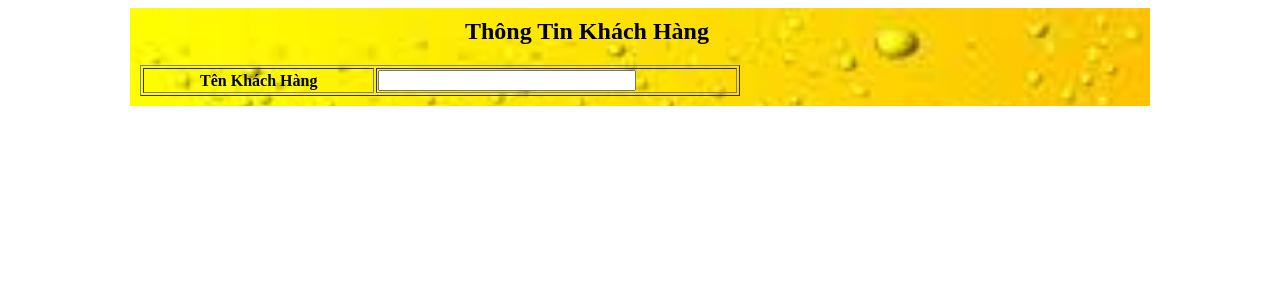
Repository: Tan-Khang21/TH_TKW--Buoi_04
Page: Bai_Tap_Tren_Lop/Bai_02/Frame6.html
An editor plug-in stored every save of this project. The page is shown before and after the next save, followed by the edit.
The browser window is 1280 px wide. The pictures show the whole page.

Above is the page before, as saved 2024-03-06 12:39:57.

### Bai_Tap_Tren_Lop/Bai_02/Frame6.html
<!DOCTYPE html>
<html lang="en">
  <head>
    <meta charset="UTF-8" />
    <meta name="viewport" content="width=device-width, initial-scale=1.0" />
    <title>Document</title>
  </head>
  <body>
    <div
      style="
        background-image: url(../Bai_02/images/hinh.jpg);
        width: 1000px;
        margin: 0 auto;
        background-repeat: no-repeat;
        background-size: 100%;
        padding: 10px;
      "
    >
      <h2 style="width: 35%; margin: 0 auto">Thông Tin Khách Hàng</h2>
    <table border="1px" style="Width: 600px; margin-top: 20px;">
        <tr>
            <th>Tên Khách Hàng</th>
            <td  colspan="2"><input type="text" style="width: 70%;"></td>
        </tr>
    </table>
    </div>
  </body>
</html>

After the next save:
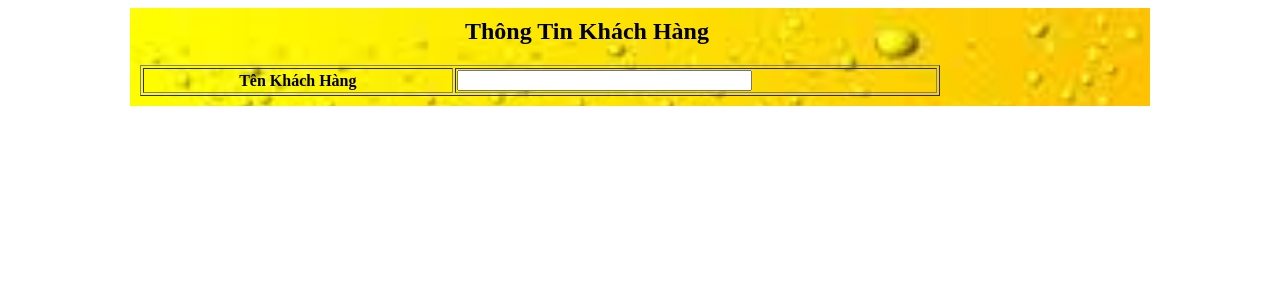
Saved 15 s later.
--- a/Bai_Tap_Tren_Lop/Bai_02/Frame6.html
+++ b/Bai_Tap_Tren_Lop/Bai_02/Frame6.html
@@ -17,10 +17,10 @@
       "
     >
       <h2 style="width: 35%; margin: 0 auto">Thông Tin Khách Hàng</h2>
-    <table border="1px" style="Width: 600px; margin-top: 20px;">
+    <table border="1px" style="Width: 800px; margin-top: 20px;">
         <tr>
             <th>Tên Khách Hàng</th>
-            <td  colspan="2"><input type="text" style="width: 70%;"></td>
+            <td  colspan="2"><input type="text" style="width: 60%;"></td>
         </tr>
     </table>
     </div>
